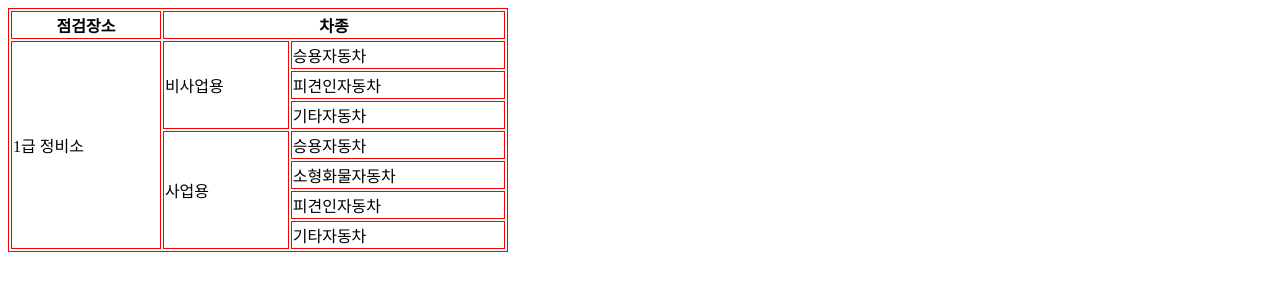
Repository: kisunssong/jsp
Page: http://localhost/test/tabletest.jsp
An editor plug-in stored every save of this project. The page is shown before and after the next save, followed by the edit.
The browser window is 1280 px wide. The pictures show the whole page.
The page is served by Tomcat 9.

Above is the page before, as saved 2020-10-31 09:35:56.

### test/WebContent/tabletest.jsp
<%@ page language="java" contentType="text/html; charset=EUC-KR"
    pageEncoding="EUC-KR"%>
<html>
<head><title>테이블 생성 기초</title></head>
<body>
<table border="1" bordercolor="red" width="500">
	<thead>
		<tr>
			<th>점검장소</th><th colspan="2">차종</th>
		</tr>
	</thead>
	<tbody>
		<tr>
			<td rowspan="7">1급 정비소</td><td rowspan="3">비사업용</td><td>승용자동차</td>
		</tr>
		<tr>
			<td>피견인자동차</td>
		</tr>
		<tr>
			<td>기타자동차</td>
		</tr>
		<tr>
			<td rowspan="4">사업용</td><td>승용자동차</td>
		</tr>
		<tr>
			<td>소형화물자동차</td>
		</tr>
		<tr>
			<td>피견인자동차</td>
		</tr>
		<tr>
			<td>기타자동차</td>
		</tr>
	</tbody>
</table>
</body>
</html>

After the next save:
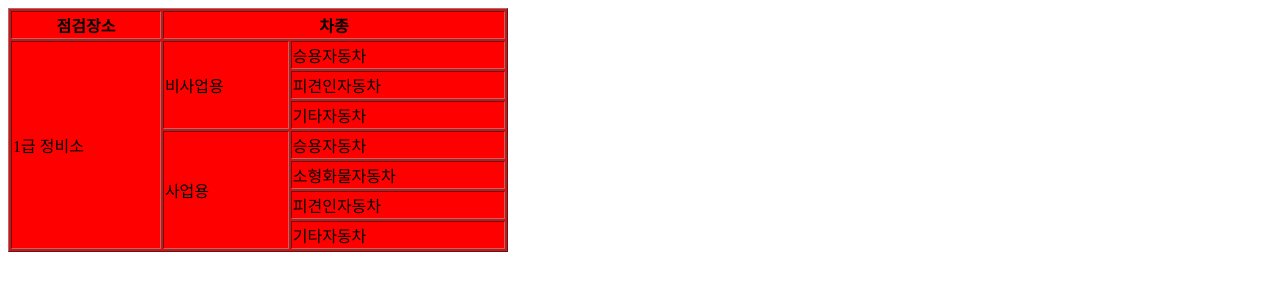
Saved 6 s later.
--- a/test/WebContent/tabletest.jsp
+++ b/test/WebContent/tabletest.jsp
@@ -3,7 +3,7 @@
 <html>
 <head><title>테이블 생성 기초</title></head>
 <body>
-<table border="1" bordercolor="red" width="500">
+<table border="1" bgcolor="red" width="500">
 	<thead>
 		<tr>
 			<th>점검장소</th><th colspan="2">차종</th>

After the save that followed:
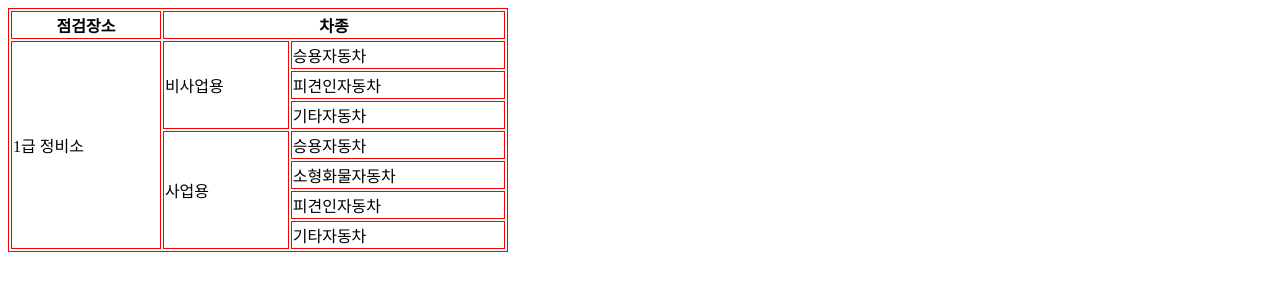
Saved 8 s later.
--- a/test/WebContent/tabletest.jsp
+++ b/test/WebContent/tabletest.jsp
@@ -3,7 +3,7 @@
 <html>
 <head><title>테이블 생성 기초</title></head>
 <body>
-<table border="1" bgcolor="red" width="500">
+<table border="1" bordercolor="red" width="500">
 	<thead>
 		<tr>
 			<th>점검장소</th><th colspan="2">차종</th>
